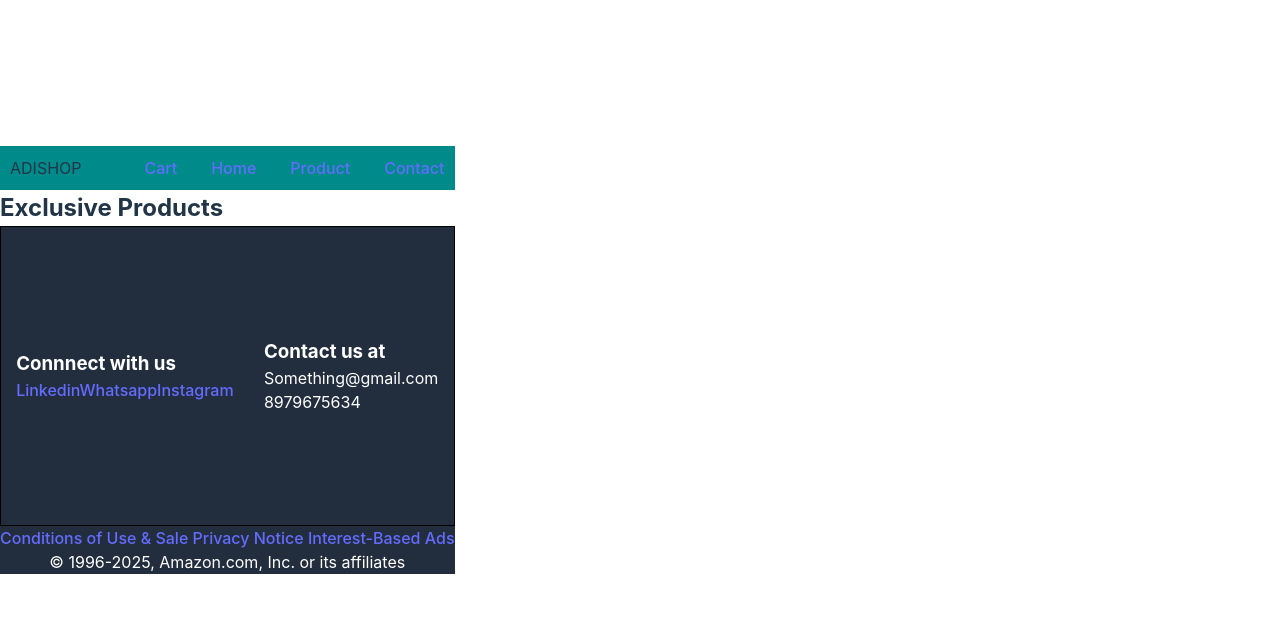
Repository: Aditya0377/React-ecommercewebsite
Page: / (app in ecommerce/)
An editor plug-in stored every save of this project. The page is shown before and after the next save, followed by the edit.
The browser window is 1280 px wide. The pictures show the whole page.
The project was rebuilt for these pictures with package versions that can differ from the ones it lists, and the page was loaded fresh each time. Also part of the build but not shown: ecommerce/vite.config.js, ecommerce/src/components/Product.css, ecommerce/src/components/Product.jsx, ecommerce/src/components/Contact.css, ecommerce/src/components/Contact.jsx, ecommerce/src/components/Login.css, ecommerce/src/components/Login.jsx. Imported but missing from the stored project, and not drawn on this page: ecommerce/src/components/Cart.

Above is the page before, as saved 2025-01-22 16:17:50.

After the next save:
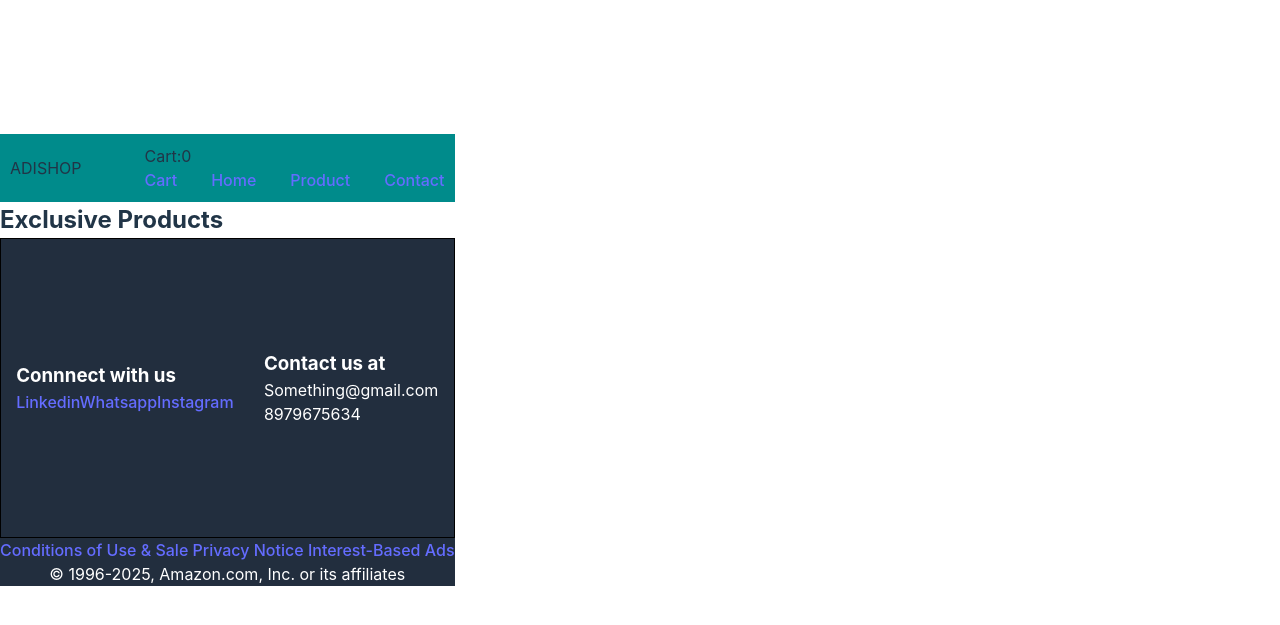
Saved 93 s later.
--- a/ecommerce/src/components/Header.jsx
+++ b/ecommerce/src/components/Header.jsx
@@ -2,6 +2,7 @@
 import "./Header.css"
 import { Link } from "react-router-dom"
 import { useState } from 'react'
+import Counter from './Counter'
 const Header = () => {
 
     const [hide, sethide] = useState(true);
@@ -22,7 +23,9 @@
             <div className={`nav ${hide ? 'shownav' : 'hidenav'}`}>
                 <div className="logo">ADISHOP</div>
                 <div className="menu">
+                    <Counter />
                     <ul>
+
                         <li>
                             <Link to='/cart'>Cart</Link>
                         </li>
